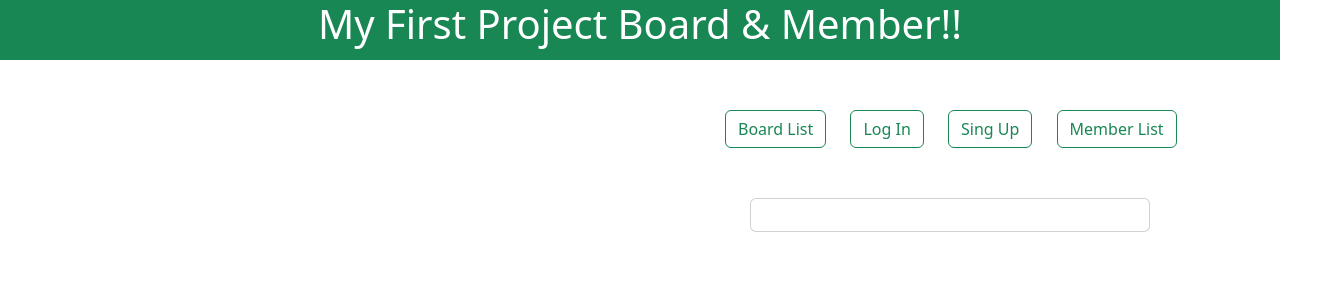
Repository: Raneechoi/java2022_09_03
Page: http://localhost/Project/mem/login_auth
An editor plug-in stored every save of this project. The page is shown before and after the next save, followed by the edit.
The browser window is 1280 px wide. The page is 1325 px wide, so the pictures cover 1325 px, including what lies to the right of the window. The pictures show the whole page.
The page is served by Tomcat 9. Other server files are loaded and not shown. Queries for data that is not in the repository find no rows.

Above is the page before, as saved 2022-12-08 06:17:56.

### JSP_Board&Member/Project/src/main/webapp/index.jsp
<%@ page language="java" contentType="text/html; charset=UTF-8"
    pageEncoding="UTF-8"%>
<%@ taglib uri="http://java.sun.com/jsp/jstl/core" prefix="c" %>
<!DOCTYPE html>
<html>
<head>
<meta charset="UTF-8">
<title>Insert title here</title>
<!-- CSS only -->
<link href="https://cdn.jsdelivr.net/npm/bootstrap@5.2.2/dist/css/bootstrap.min.css" rel="stylesheet" integrity="sha384-Zenh87qX5JnK2Jl0vWa8Ck2rdkQ2Bzep5IDxbcnCeuOxjzrPF/et3URy9Bv1WTRi" crossorigin="anonymous">
<!-- JavaScript Bundle with Popper -->
<script src="https://cdn.jsdelivr.net/npm/bootstrap@5.2.2/dist/js/bootstrap.bundle.min.js" integrity="sha384-OERcA2EqjJCMA+/3y+gxIOqMEjwtxJY7qPCqsdltbNJuaOe923+mo//f6V8Qbsw3" crossorigin="anonymous"></script>
</head>
<body>
<div style="height: 60px; color:white; background-color: #198754;">
	<h1 style="text-align: center;">My First Project Board & Member!!</h1>
</div>

<div style="width: 600px; display:inline-block; margin-left: 725px; margin-top: 50px;">
		<a href="/bor/pageList" style="margin-right: 20px"><button class="btn btn-outline-success">Board List</button></a>
		<a href="/mem/login" style="margin-right: 20px"><button class="btn btn-outline-success">Log In</button></a>
		<a href="/mem/join" style="margin-right: 20px"><button class="btn btn-outline-success">Sing Up</button></a>
		<a href="/mem/list" ><button class="btn btn-outline-success">Member List</button></a>
</div>

<div class="card" style="width: 400px; display:inline-flex; margin-left: 750px; margin-top: 50px; ">
	 <div class="card-body" style="text-align: center;">
		<c:if test="${ses.email ne null && ses.email ne '' }">
			${ses.email } login 하였습니다. <br>
			계정생성일 : ${ses.reg_at } <br>
			마지막 접속 : ${ses.last_login } <br>
			<a href="/mem/modify?email=${ses.email }"><button type="button" class="btn btn-success" style="margin-top: 20px">회원정보 수정</button></a>
			<a href="/mem/logout?email=${ses.email }"><button type="button" class="btn btn-secondary" style="margin-top: 20px">로그아웃</button></a><br>
		</c:if>

		<c:if test="${ses.email ne null && ses.email ne '' }">
			<a href="/bor/register" ><button class="btn btn-success" style="margin-top: 20px">Board Register</button></a>
			<a href="/bor/list"><button class="btn btn-success" style="margin-top: 20px">My Board List</button></a><br>
		</c:if>
	</div>
</div>

<div style="margin-left: 900px; margin-top: 50px; ">
	<c:if test="${ses.email ne null && ses.email ne '' }">
		<a href="/mem/remove?email=${ses.email }"><button class="btn btn-outline-secondary">회원탈퇴</button></a>
	</c:if>
</div>
</body>
</html>

### JSP_Board&Member/Project/src/main/java/controller/MemberController.java
package controller;

import java.io.IOException;
import java.util.List;

import javax.servlet.RequestDispatcher;
import javax.servlet.ServletException;
import javax.servlet.annotation.WebServlet;
import javax.servlet.http.HttpServlet;
import javax.servlet.http.HttpServletRequest;
import javax.servlet.http.HttpServletResponse;
import javax.servlet.http.HttpSession;

import org.slf4j.Logger;
import org.slf4j.LoggerFactory;

import domain.MemberVO;
import service.MemberService;
import service.MemberServiceImpl;


@WebServlet("/mem/*")
public class MemberController extends HttpServlet {
	private static final long serialVersionUID = 1L;
	private static final Logger log = LoggerFactory.getLogger(MemberController.class);
    private RequestDispatcher rdp;
    private String destPage; //목적지 주소 기록 변수
    private int isOK;

    private MemberService msv; // interface로 생성 - service패키지에

    public MemberController() {
    	msv = new MemberServiceImpl();
    }

	protected void service(HttpServletRequest req, HttpServletResponse res) throws ServletException, IOException {
		req.setCharacterEncoding("utf-8");
		res.setCharacterEncoding("utf-8");
		res.setContentType("text/html; charset=utf-8");

		String uri = req.getRequestURI();
		String path = uri.substring(uri.lastIndexOf("/")+1);

		log.info(">>> URI > "+uri);
		log.info(">>> Path > "+path);
		switch (path) {
		case "login":
			destPage = "/member/login.jsp";
			break;

		case "login_auth":
			try {
				MemberVO mvo = msv.login(
						new MemberVO(
								req.getParameter("email"),
								req.getParameter("pwd")
								));
				log.info("login 객체 input");
				if(mvo != null) {
					//세션 가져오기. 연결된 세션이 없다면 새로 생성
					HttpSession ses = req.getSession();
					//ses로 mvo를 바인딩
					ses.setAttribute("ses", mvo);
					ses.setMaxInactiveInterval(10*60);  // 로그인 유지시간(10분)
				}else {
					req.setAttribute("msg_login", 0);
				}
				destPage="/";

			} catch (Exception e) {
				// TODO: handle exception
				e.printStackTrace();
			}
			break;

		case "join":
			try {
				destPage = "/member/join.jsp";
			} catch (Exception e) {
				e.printStackTrace();
			}
			break;

		case "register":
			isOK = msv.register(new MemberVO(
					req.getParameter("email"),
					req.getParameter("pwd"),
					req.getParameter("nick_name")
					));
			log.info(">>> join > "+(isOK > 0 ?"ok" :"fail"));
			destPage="login";
			break;

		case "logout":
			// 연결된 세션이 있다면 해당 세션을 가져오기
			try {
				HttpSession ses = req.getSession();
				ses.invalidate();  // 세션 끊기
				// 로그인된 email을 주고 로그인 시간 update
				isOK = msv.lastLogin(req.getParameter("email"));
				log.info(">>> lastLogin > "+(isOK > 0 ?"ok" :"fail"));
				destPage="/index.jsp";
			} catch (Exception e) {
				e.printStackTrace();
			}
			break;

		case "list":
			try {
				List<MemberVO> list = msv.getlist();
				req.setAttribute("list", list);
				destPage="/member/list.jsp";
			} catch (Exception e) {
				e.printStackTrace();
			}
			break;

		case "modify":
			try {
				log.info("modify check 1");
				MemberVO mvo = msv.selectOne(req.getParameter("email"));
				req.setAttribute("mvo", mvo);

				log.info("modify check 2");
				destPage = "/member/update.jsp";
			} catch (Exception e) {
				e.printStackTrace();
			}
			break;

		case "update":
			try {
				MemberVO mvo = new MemberVO(req.getParameter("email"), req.getParameter("pwd"), req.getParameter("nick_name"));
				int isOk = msv.update(mvo);
				destPage = "/";
			} catch (Exception e) {
				e.printStackTrace();
			}
			break;

		case "remove":
			try {
				HttpSession ses = req.getSession();
				ses.invalidate();  // 세션 끊기
				// 로그인된 email을 주고 로그인 시간 update
				isOK = msv.remove(req.getParameter("email"));
				log.info(">>> remove > "+(isOK > 0 ?"ok" :"fail"));
				destPage="/";

			} catch (Exception e) {
				e.printStackTrace();
			}
			break;

		default:
			break;
		}
		// 목적지 주소 값 세팅
		rdp = req.getRequestDispatcher(destPage);
		// 정보 싣고 보내기
		rdp.forward(req, res);
	}

	protected void doGet(HttpServletRequest req, HttpServletResponse res) throws ServletException, IOException {
		service(req, res);
	}

	protected void doPost(HttpServletRequest req, HttpServletResponse res) throws ServletException, IOException {
		service(req, res);
	}
}

### JSP_Board&Member/Project/src/main/java/service/MemberServiceImpl.java
package service;

import java.util.List;

import org.slf4j.Logger;
import org.slf4j.LoggerFactory;

import controller.MemberController;
import domain.MemberVO;
import repository.MemberDAO;
import repository.MemberDAOImpl;

public class MemberServiceImpl implements MemberService {

	private MemberDAO mdao;
	private static final Logger log = LoggerFactory.getLogger(MemberController.class);

	public MemberServiceImpl() {
		mdao = new MemberDAOImpl();
	}

	@Override
	public MemberVO login(MemberVO mvo) {
		log.info("login check 2");
		return mdao.selectOne(mvo);
	}

	@Override
	public int register(MemberVO mvo) {
		log.info("register check 2");
		return mdao.insert(mvo);
	}

	@Override
	public int lastLogin(String email) {
		log.info("lastLogin check 2");
		return mdao.update(email);
	}

	@Override
	public List<MemberVO> getlist() {
		log.info("list check 2");
		return mdao.listall();
	}

	@Override
	public int modify(MemberVO mvo) {
		log.info("modify check 2");
		return mdao.update(mvo);
	}

	@Override
	public MemberVO selectOne(String email) {
		// TODO Auto-generated method stub
		return mdao.selectOne(email);
	}

	@Override
	public int update(MemberVO mvo) {
		// TODO Auto-generated method stub
		return mdao.update(mvo);
	}

	@Override
	public int remove(String email) {
		// TODO Auto-generated method stub
		return mdao.remove(email);
	}
}

### JSP_Board&Member/Project/src/main/java/repository/MemberDAO.java
package repository;

import java.util.List;

import domain.MemberVO;

public interface MemberDAO {

	MemberVO selectOne(MemberVO mvo);

	int insert(MemberVO mvo);

	int update(String email);

	List<MemberVO> listall();

	int update(MemberVO mvo);

	MemberVO selectOne(String email);

	int remove(String email);

}

### JSP_Board&Member/Project/src/main/java/repository/MemberDAOImpl.java
package repository;

import java.util.List;

import org.apache.ibatis.session.SqlSession;
import org.slf4j.Logger;
import org.slf4j.LoggerFactory;

import domain.MemberVO;
import orm.DatabaseBuilder;

public class MemberDAOImpl implements MemberDAO {

	private static final Logger log = LoggerFactory.getLogger(MemberDAOImpl.class);
	private SqlSession sql;
	private final String NS = "MemberMapper.";

	public MemberDAOImpl() {
		new DatabaseBuilder();
		sql = DatabaseBuilder.getFactory().openSession();
	}

	@Override
	public MemberVO selectOne(MemberVO mvo) {
		log.info("login check 3");
		return sql.selectOne(NS+"login",mvo);
	}

	@Override
	public int insert(MemberVO mvo) {
		log.info("join check 3");
		int isOK = sql.insert(NS+"reg",mvo);
		if(isOK > 0) {
			sql.commit();
		}
		return isOK;
	}

	@Override
	public int update(String email) {
		log.info("lastLogin check 3");
		int isOK = sql.update(NS+"last", email);
		if(isOK > 0) sql.commit();
		return isOK;
	}

	@Override
	public List<MemberVO> listall() {
		log.info("list check 3");
		return sql.selectList(NS+"list");
	}

	@Override
	public int update(MemberVO mvo) {
		log.info("modify check 3");
		int isOK = sql.update(NS+"modify",mvo);
		if(isOK > 0) sql.commit();
		return isOK;
	}

	@Override
	public MemberVO selectOne(String email) {
		// TODO Auto-generated method stub
		return sql.selectOne(NS+"getOne", email);
	}

	@Override
	public int remove(String email) {
		// TODO Auto-generated method stub
		int isOK = sql.delete(NS+"remove",email);
		if(isOK > 0) sql.commit();
		return isOK;
	}

}

### JSP_Board&Member/Project/src/main/java/orm/DatabaseBuilder.java
package orm;

import org.apache.ibatis.io.Resources;
import org.apache.ibatis.session.SqlSessionFactory;
import org.apache.ibatis.session.SqlSessionFactoryBuilder;

public class DatabaseBuilder {

	private static SqlSessionFactory factory;

	static {
		try {
			factory = new SqlSessionFactoryBuilder()
					.build(Resources.getResourceAsReader("orm/MybatisConfig.xml"));
		} catch (Exception e) {
			e.printStackTrace();
		}
	}

	public static SqlSessionFactory getFactory() {
		return factory;
	}

}

### JSP_Board&Member/Project/src/main/java/domain/MemberVO.java
package domain;

public class MemberVO {

	private String email;
	private String pwd;
	private String nick_name;
	private String reg_at;
	private String last_login;

	public MemberVO() {}

	//login : email, pwd
	public  MemberVO(String email, String pwd) {
		this.email = email;
		this.pwd = pwd;
	}

	// join,modify : email, pwd, nick_name
	public MemberVO(String email, String pwd, String nick_name) {
		this.email = email;
		this.pwd = pwd;
		this.nick_name = nick_name;
	}

	// list : all
	public MemberVO(String email, String pwd, String nick_name, String reg_at, String last_login) {
		this.email = email;
		this.pwd = pwd;
		this.nick_name = nick_name;
		this.reg_at = reg_at;
		this.reg_at = last_login;
	}

	public String getEmail() {
		return email;
	}

	public void setEmail(String email) {
		this.email = email;
	}

	public String getPwd() {
		return pwd;
	}

	public void setPwd(String pwd) {
		this.pwd = pwd;
	}

	public String getNick_name() {
		return nick_name;
	}

	public void setNick_name(String nick_name) {
		this.nick_name = nick_name;
	}

	public String getReg_at() {
		return reg_at;
	}

	public void setReg_at(String reg_at) {
		this.reg_at = reg_at;
	}

	public String getLast_login() {
		return last_login;
	}

	public void setLast_login(String last_login) {
		this.last_login = last_login;
	}

}

### JSP_Board&Member/Project/src/main/java/domain/BoardVO.java
package domain;

public class BoardVO {

	private int bno;
	private String title;
	private String writer;
	private String content;
	private String reg_date;
	private int read_count;
	private String image_file;

	public BoardVO() {}

	// insert(title, writer, content)
	public BoardVO(String title, String writer, String content) {
		this.title = title;
		this.writer = writer;
		this.content = content;
	}

	// list(bno, title, writer, reg_date, read_count)
	public BoardVO(int bno, String title, String writer, String reg_date, int read_count) {
		this.bno = bno;
		this.title = title;
		this.writer = writer;
		this.reg_date = reg_date;
		this.read_count = read_count;
	}

	// detail (all)
	public BoardVO(int bno, String title, String writer, String content, String reg_date, int read_count, String image_file) {
		this.bno = bno;
		this.title = title;
		this.writer = writer;
		this.content = content;
		this.reg_date = reg_date;
		this.read_count = read_count;
		this.image_file = image_file;
	}

	// update(bno, title, content)
	public BoardVO(int bno, String title, String content) {
		this.bno = bno;
		this.title = title;
		this.content = content;
	}

	//(bno, read_count)
	public BoardVO(int bno, int read_count) {
		this.bno = bno;
		this.read_count = read_count;
	}

	public int getBno() {
		return bno;
	}

	public void setBno(int bno) {
		this.bno = bno;
	}

	public String getTitle() {
		return title;
	}

	public void setTitle(String title) {
		this.title = title;
	}

	public String getWriter() {
		return writer;
	}

	public void setWriter(String writer) {
		this.writer = writer;
	}

	public String getContent() {
		return content;
	}

	public void setContent(String content) {
		this.content = content;
	}

	public String getReg_date() {
		return reg_date;
	}

	public void setReg_date(String reg_date) {
		this.reg_date = reg_date;
	}

	public int getRead_count() {
		return read_count;
	}

	public void setRead_count(int read_count) {
		this.read_count = read_count;
	}

	public String getImage_file() {
		return image_file;
	}

	public void setImage_file(String image_file) {
		this.image_file = image_file;
	}

}

### JSP_Board&Member/Project/src/main/java/domain/PagingVO.java
package domain;

public class PagingVO {

	private int pageNo;  // 현재 화면에 출력되는 페이지네이션 번호
	private int qty;     // 한 페이지당 보여줄 게시글 수

	public PagingVO() {  // 페이지네이션을 클릭하기 전 기본 리스트 출력 값
		this(1,10);
	}

	public PagingVO(int pageNo, int qty) {
		this.pageNo = pageNo;
		this.qty = qty;
	}

	public int getPageStart() {
		return (this.pageNo-1)*qty;   // 시작페이지 번호 구하기
	}

	public int getPageNo() {
		return pageNo;
	}

	public void setPageNo(int pageNo) {
		this.pageNo = pageNo;
	}

	public int getQty() {
		return qty;
	}

	public void setQty(int qty) {
		this.qty = qty;
	}


}

### JSP_Board&Member/Project/src/main/java/domain/CommentVO.java
package domain;

public class CommentVO {

	private int cno;
	private int bno;
	private String writer;
	private String content;
	private String reg_at;

	public CommentVO() { }

	// post(bno, writer, content)
	public CommentVO(int bno, String writer, String content) {
		this.bno = bno;
		this.writer = writer;
		this.content = content;
	}

	// modify
	public CommentVO(int cno, String content) {
		this.cno = cno;
		this.content = content;
	}

	// list(bno, cno, writer, content, reg_at)
	public CommentVO(int cno, int bno, String writer, String content, String reg_at) {
		this.cno = cno;
		this.bno = bno;
		this.writer = writer;
		this.content = content;
		this.reg_at = reg_at;
	}

	public int getCno() {
		return cno;
	}

	public void setCno(int cno) {
		this.cno = cno;
	}

	public int getBno() {
		return bno;
	}

	public void setBno(int bno) {
		this.bno = bno;
	}

	public String getWriter() {
		return writer;
	}

	public void setWriter(String writer) {
		this.writer = writer;
	}

	public String getContent() {
		return content;
	}

	public void setContent(String content) {
		this.content = content;
	}

	public String getReg_at() {
		return reg_at;
	}

	public void setReg_at(String reg_at) {
		this.reg_at = reg_at;
	}


}

After the next save:
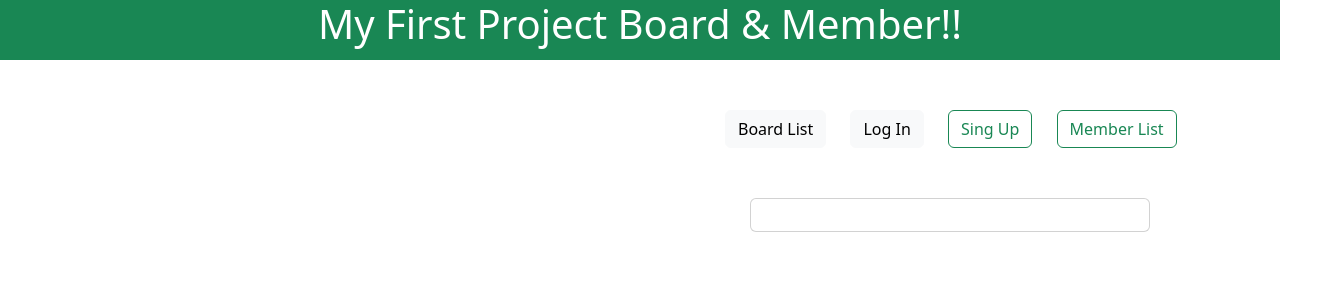
Saved 30 min 53 s later.
--- a/JSP_Board&Member/Project/src/main/webapp/index.jsp
+++ b/JSP_Board&Member/Project/src/main/webapp/index.jsp
@@ -17,8 +17,8 @@
 </div>
 
 <div style="width: 600px; display:inline-block; margin-left: 725px; margin-top: 50px;">
-		<a href="/bor/pageList" style="margin-right: 20px"><button class="btn btn-outline-success">Board List</button></a>
-		<a href="/mem/login" style="margin-right: 20px"><button class="btn btn-outline-success">Log In</button></a>
+		<a href="/bor/pageList" style="margin-right: 20px"><button class="btn btn-light">Board List</button></a>
+		<a href="/mem/login" style="margin-right: 20px"><button class="btn btn-light">Log In</button></a>
 		<a href="/mem/join" style="margin-right: 20px"><button class="btn btn-outline-success">Sing Up</button></a>
 		<a href="/mem/list" ><button class="btn btn-outline-success">Member List</button></a>
 </div>
